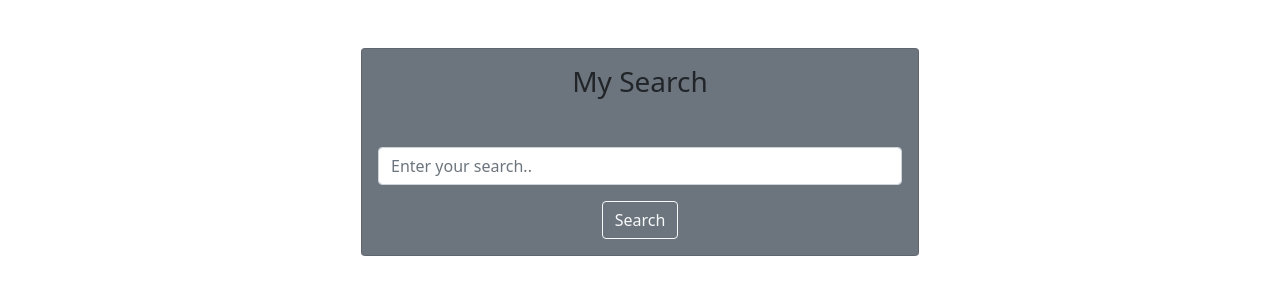
Repository: Hits-95/Spring
Page: http://localhost/SpringMVC_Search/home
These files come from the project's save history. The page is drawn as it stood at one moment and after the next save; the edit follows.
The browser window is 1280 px wide. The pictures show the whole page.
The page is served by Tomcat 9. Other server files are loaded and not shown.

Above is the page before, as saved 2021-04-10 07:10:41.

### SpringMVC_Search/src/main/webapp/WEB-INF/spring-servlet.xml
<?xml version="1.0" encoding="UTF-8"?>
<beans xmlns="http://www.springframework.org/schema/beans"
	xmlns:xsi="http://www.w3.org/2001/XMLSchema-instance" xmlns:context="http://www.springframework.org/schema/context"
	xmlns:p="http://www.springframework.org/schema/p" xmlns:tx="http://www.springframework.org/schema/tx"
	xsi:schemaLocation="http://www.springframework.org/schema/beans
 	http://www.springframework.org/schema/beans/spring-beans.xsd
 	http://www.springframework.org/schema/context
 	http://www.springframework.org/schema/context/spring-context.xsd
 	http://www.springframework.org/schema/tx
 	http://www.springframework.org/schema/tx/spring-tx.xsd
 	">


	<!-- enable annotation -->
	<context:component-scan base-package="SpringMVC_Search"></context:component-scan>
	<!-- this is our bean -->

	<bean
		class="org.springframework.web.servlet.view.InternalResourceViewResolver"
		name="viewResolver">

		<property name="prefix" value="/WEB-INF/views/" />
		<property name="suffix" value=".jsp" />
	</bean>



</beans>

### SpringMVC_Search/src/main/webapp/WEB-INF/views/home.jsp
<%@ page language="java" contentType="text/html; charset=ISO-8859-1"
	pageEncoding="ISO-8859-1"%>
<%@include file="link.jsp"%>
<!DOCTYPE html PUBLIC "-//W3C//DTD HTML 4.01 Transitional//EN" "http://www.w3.org/TR/html4/loose.dtd">
<html>
<head>
<meta http-equiv="Content-Type" content="text/html; charset=ISO-8859-1">
<title>Home</title>
</head>
<body>
	<div class="container">
		<div class="card mx-auto mt-5 bg-secondary" style="width: 50%;">
			<!-- <img src="..." class="card-img-top" alt="..."> -->
			<div class="card-body">
			<h3 class = "text-center">My Search</h3>
				<form class = "mt-5" action="">
					<div class="mb-3">
						<input type="text" class="form-control" id="querybox"
							name="querybox" placeholder="Enter your search..">
					</div>
					<div class="container text-center">
						<button type="button" class="btn btn-outline-light">Search</button>
					</div>
				</form>
			</div>
		</div>
	</div>

</body>
</html>

### SpringMVC_Search/src/main/webapp/WEB-INF/views/link.jsp
<!doctype html>
<html lang="en">
  <head>
    <!-- Required meta tags -->
    <meta charset="utf-8">
    <meta name="viewport" content="width=device-width, initial-scale=1">

    <!-- Bootstrap CSS -->
    <link href="https://cdn.jsdelivr.net/npm/bootstrap@5.0.0-beta3/dist/css/bootstrap.min.css" rel="stylesheet" integrity="sha384-eOJMYsd53ii+scO/bJGFsiCZc+5NDVN2yr8+0RDqr0Ql0h+rP48ckxlpbzKgwra6" crossorigin="anonymous">


  </head>
  <body>


    <!-- Optional JavaScript; choose one of the two! -->

    <!-- Option 1: Bootstrap Bundle with Popper -->
    <script src="https://cdn.jsdelivr.net/npm/bootstrap@5.0.0-beta3/dist/js/bootstrap.bundle.min.js" integrity="sha384-JEW9xMcG8R+pH31jmWH6WWP0WintQrMb4s7ZOdauHnUtxwoG2vI5DkLtS3qm9Ekf" crossorigin="anonymous"></script>

    <!-- Option 2: Separate Popper and Bootstrap JS -->
    <!--
    <script src="https://cdn.jsdelivr.net/npm/@popperjs/core@2.9.1/dist/umd/popper.min.js" integrity="sha384-SR1sx49pcuLnqZUnnPwx6FCym0wLsk5JZuNx2bPPENzswTNFaQU1RDvt3wT4gWFG" crossorigin="anonymous"></script>
    <script src="https://cdn.jsdelivr.net/npm/bootstrap@5.0.0-beta3/dist/js/bootstrap.min.js" integrity="sha384-j0CNLUeiqtyaRmlzUHCPZ+Gy5fQu0dQ6eZ/xAww941Ai1SxSY+0EQqNXNE6DZiVc" crossorigin="anonymous"></script>
    -->
  </body>
</html>

### SpringMVC_Search/src/main/java/SpringMVC_Search/SearchController.java
package SpringMVC_Search;

import org.springframework.stereotype.Controller;
import org.springframework.web.bind.annotation.RequestMapping;

@Controller
public class SearchController {

	@RequestMapping("/home")
	public String home(){

		System.out.println("home was called...");
		return"home";
	}
}

After the next save:
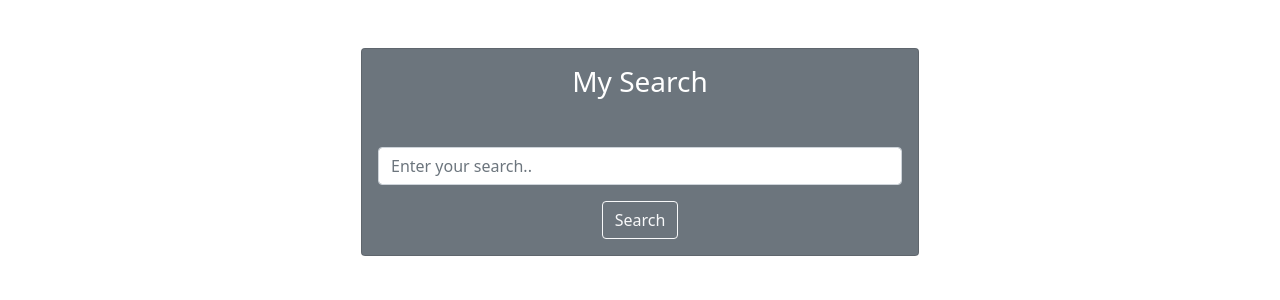
Saved 55 s later.
--- a/SpringMVC_Search/src/main/webapp/WEB-INF/views/home.jsp
+++ b/SpringMVC_Search/src/main/webapp/WEB-INF/views/home.jsp
@@ -12,7 +12,7 @@
 		<div class="card mx-auto mt-5 bg-secondary" style="width: 50%;">
 			<!-- <img src="..." class="card-img-top" alt="..."> -->
 			<div class="card-body">
-			<h3 class = "text-center">My Search</h3>
+			<h3 class = "text-center text-white">My Search</h3>
 				<form class = "mt-5" action="">
 					<div class="mb-3">
 						<input type="text" class="form-control" id="querybox"
